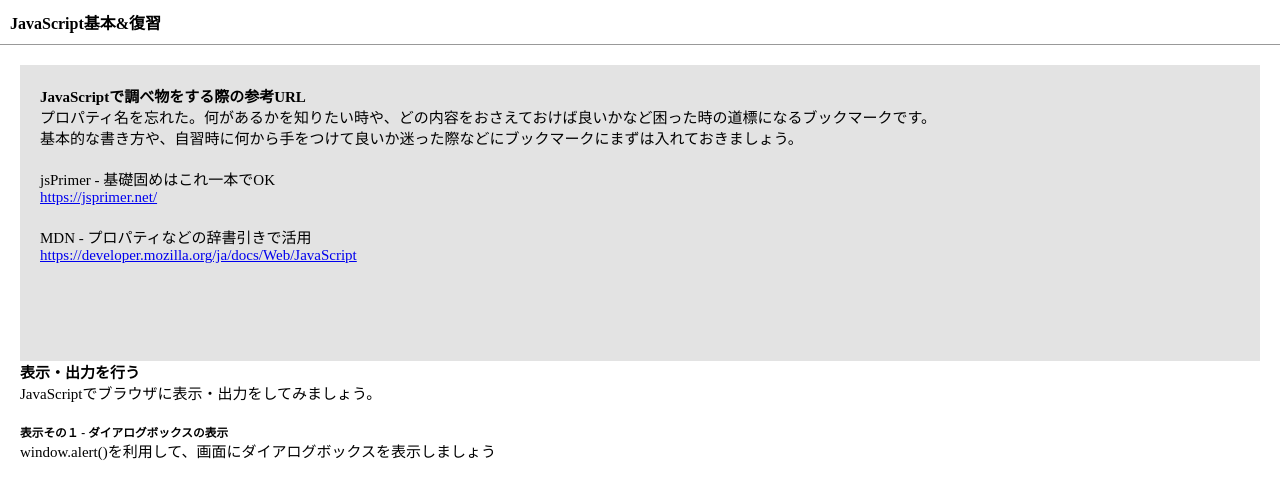
Repository: Yuto-Arakawa/study_js
Page: 01_basic/荒川/ara_basic01.html
These files come from the project's save history. The page is drawn as it stood at one moment and after the next save; the edit follows.
The browser window is 1280 px wide. The pictures show the whole page.

Above is the page before, as saved 2026-11-06 14:57:40.

After the next save:
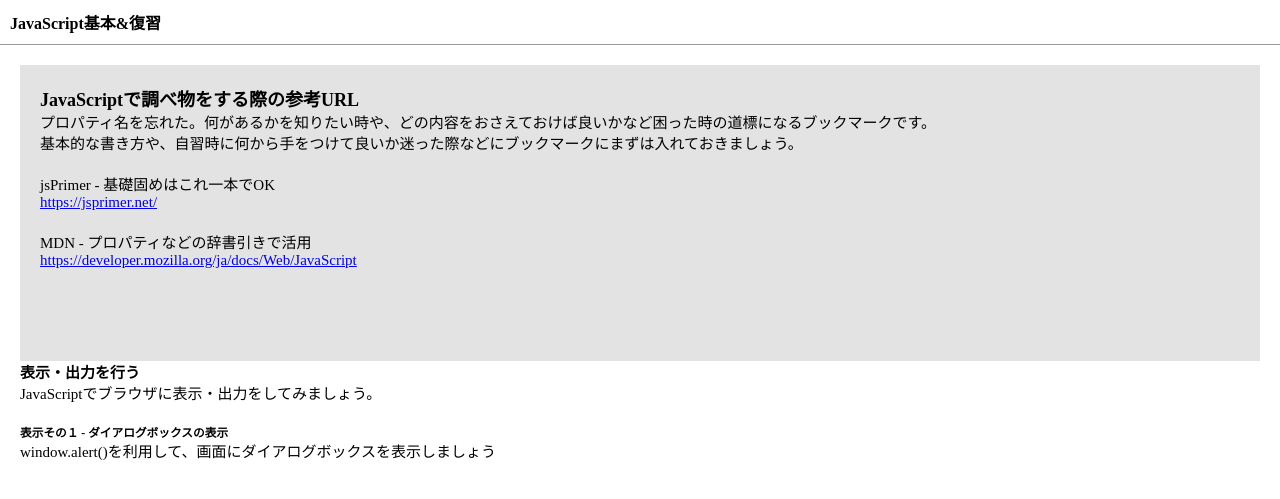
Saved 74 s later.
--- a/01_basic/荒川/css/basic01.css
+++ b/01_basic/荒川/css/basic01.css
@@ -20,4 +20,7 @@ main{
     padding: 20px;
     height: 296px;
     background-color: #e3e3e3;
+    h2{
+        font-size: 18px;
+    }
 }
